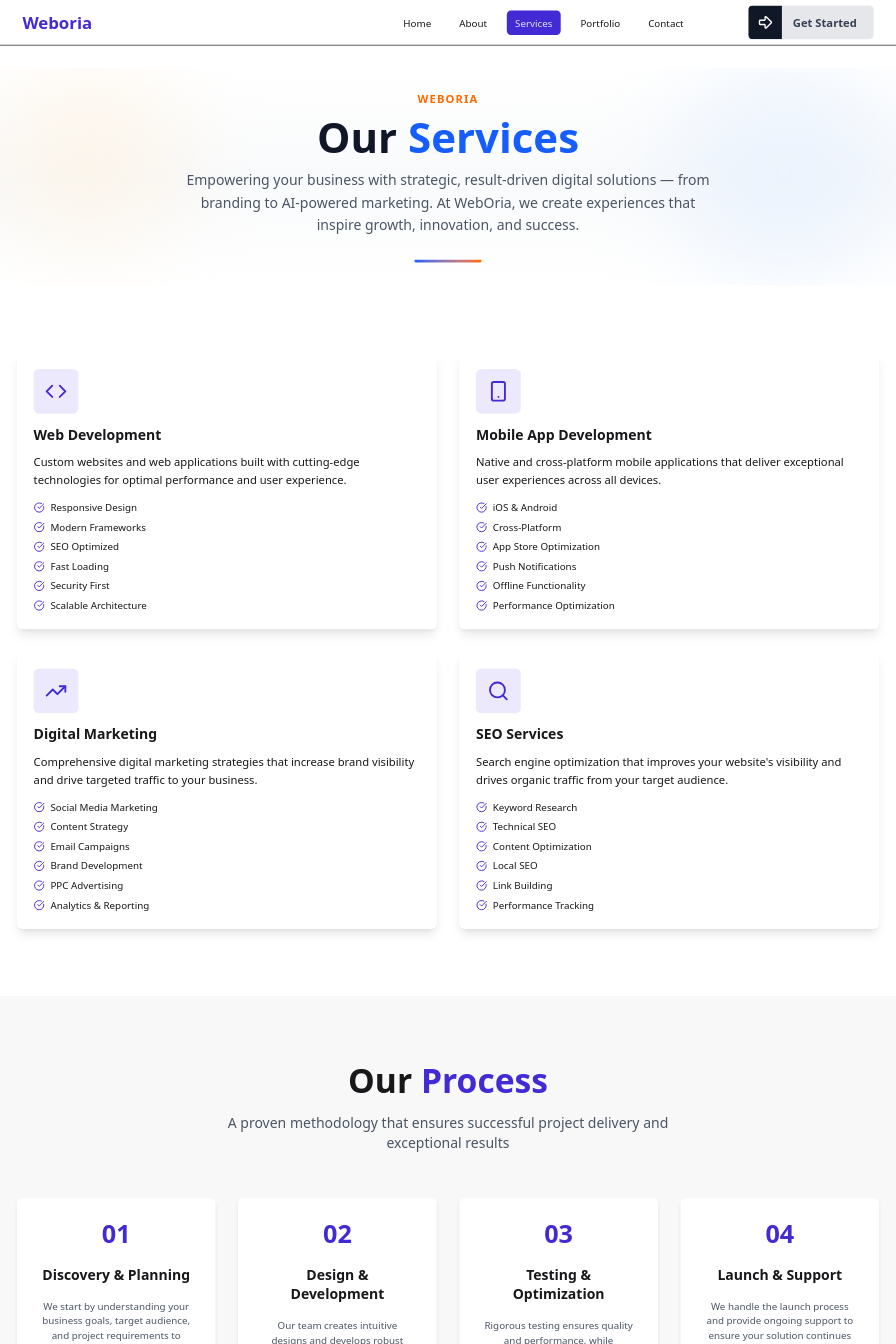
Repository: mdmuhibullahhabib/weboria
Page: /services
An editor plug-in stored every save of this project. The page is shown before and after the next save, followed by the edit.
The browser window is 1280 px wide. The pictures show the part of the page from y = 0 to 1920 px (the page is 3670 px tall), at 70% of full size.
The project was rebuilt for these pictures with package versions that can differ from the ones it lists, and the page was loaded fresh each time. The framework's server and built-in components were replaced by stand-ins that run in the browser. Also part of the build but not shown: next.config.mjs.

Above is the page before, as saved 2025-10-05 01:19:51.

After the next save:
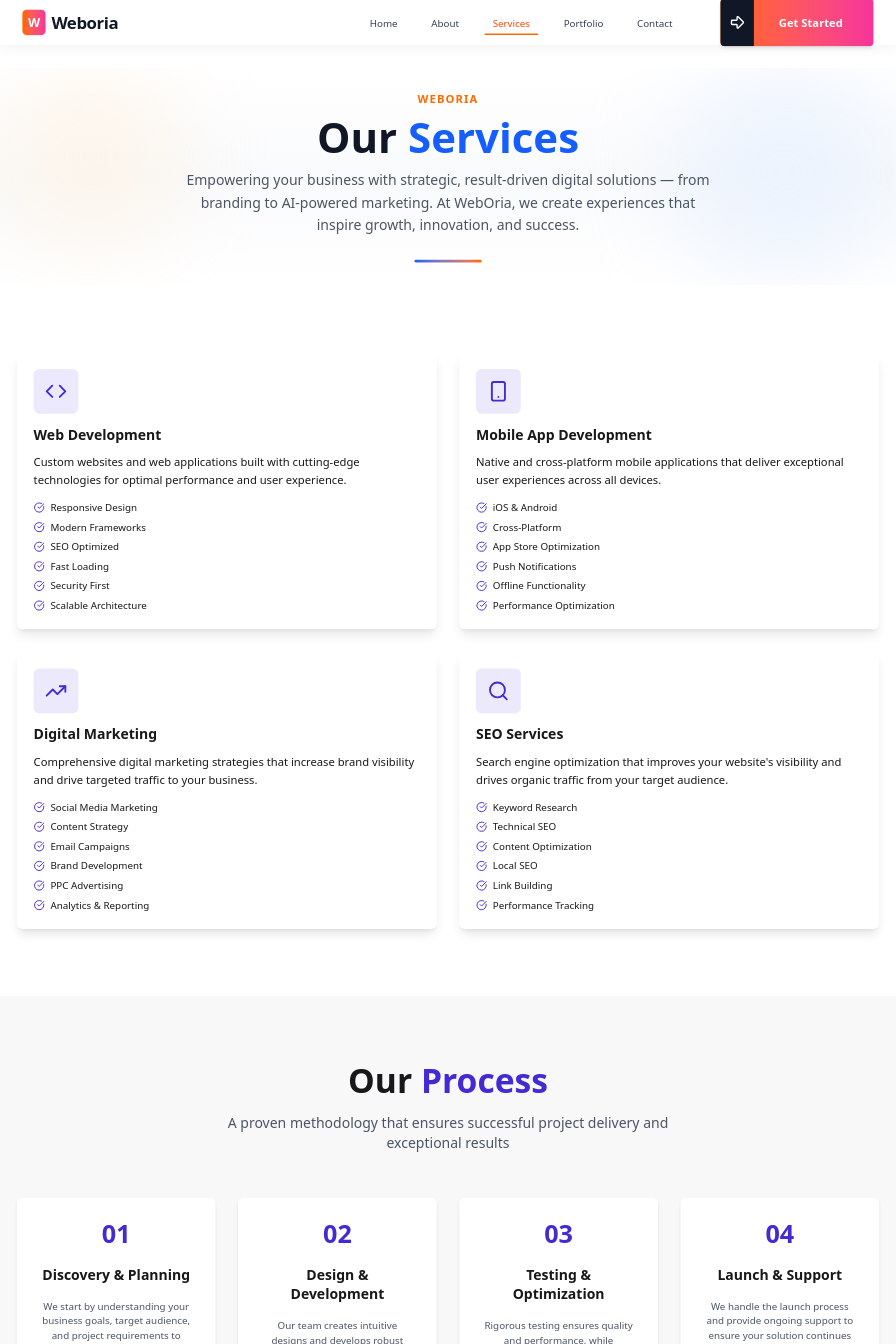
Saved 10 h 31 min later.
--- a/src/components/Navbar.jsx
+++ b/src/components/Navbar.jsx
@@ -9,6 +9,10 @@ export default function Navbar() {
   const [isOpen, setIsOpen] = useState(false);
   const pathname = usePathname();
 
+  // Brand color palette for Weboria
+  // Primary: #FF6B00 (vibrant orange)
+  // Secondary: #0B0F19 (dark blue-black)
+  // Accent: gradient orange-pink
   const navigation = [
     { name: "Home", href: "/" },
     { name: "About", href: "/about" },
@@ -24,23 +28,35 @@ export default function Navbar() {
   };
 
   return (
-    <nav className="sticky top-0 z-50 bg-base-100/95 backdrop-blur-md border-b shadow-sm">
+    <nav className="sticky top-0 z-50 bg-white/80 backdrop-blur-xl border-b border-gray-100 shadow-[0_4px_20px_rgba(0,0,0,0.05)] transition-all duration-300">
       <div className="max-w-7xl mx-auto px-4 sm:px-6 lg:px-8">
         <div className="flex justify-between items-center h-16">
           {/* Logo */}
           <Link href="/" data-testid="link-home">
-            <h1 className="text-2xl font-bold text-primary">Weboria</h1>
+            <div className="flex items-center space-x-2">
+              <div className="bg-gradient-to-r from-orange-500 to-pink-500 text-white font-bold text-lg px-2 py-1 rounded-md shadow-sm">
+                W
+              </div>
+              <h1 className="text-2xl font-extrabold text-gray-900 tracking-tight hover:text-orange-500 transition-colors">
+                Weboria
+              </h1>
+            </div>
           </Link>
 
           {/* Desktop Navigation */}
-          <div className="hidden md:flex space-x-4 items-center">
+          <div className="hidden md:flex space-x-6 items-center">
             {navigation.map((item) => (
-              <Link key={item.name} href={item.href} data-testid={`link-${item.name.toLowerCase()}`}>
+              <Link
+                key={item.name}
+                href={item.href}
+                data-testid={`link-${item.name.toLowerCase()}`}
+              >
                 <span
-                  className={`px-3 py-2 rounded-md text-sm font-medium transition-colors ${isActive(item.href)
-                      ? "bg-primary text-primary-content"
-                      : "text-base-content hover:text-primary"
-                    }`}
+                  className={`relative px-3 py-2 rounded-md text-sm font-medium transition-all duration-300 ${
+                    isActive(item.href)
+                      ? "text-orange-600 after:absolute after:left-0 after:bottom-0 after:h-[2px] after:w-full after:bg-orange-500 after:rounded-full"
+                      : "text-gray-700 hover:text-orange-600 hover:after:absolute hover:after:left-0 hover:after:bottom-0 hover:after:h-[2px] hover:after:w-full hover:after:bg-orange-500 hover:after:rounded-full"
+                  }`}
                 >
                   {item.name}
                 </span>
@@ -49,7 +65,7 @@ export default function Navbar() {
 
             {/* CTA Button */}
             <Button
-            className="ml-16 "
+              className="ml-8 bg-gradient-to-r from-orange-500 to-pink-500 text-white px-5 py-2.5 rounded-md shadow-md hover:shadow-lg hover:scale-105 transition-transform duration-200"
               text={"Get Started"}
               href="/contact"
             />
@@ -58,26 +74,35 @@ export default function Navbar() {
           {/* Mobile menu button */}
           <div className="md:hidden">
             <button
-              className="btn btn-ghost btn-square"
+              className="p-2 rounded-md text-gray-800 hover:bg-gray-100 transition"
               onClick={() => setIsOpen(!isOpen)}
               data-testid="button-mobile-menu"
             >
-              {isOpen ? <X className="w-6 h-6" /> : <Menu className="w-6 h-6" />}
+              {isOpen ? (
+                <X className="w-6 h-6 text-orange-600" />
+              ) : (
+                <Menu className="w-6 h-6 text-gray-800" />
+              )}
             </button>
           </div>
         </div>
 
         {/* Mobile Navigation */}
         {isOpen && (
-          <div className="md:hidden mt-2 border-t">
-            <div className="flex flex-col space-y-1 px-2 py-3">
+          <div className="md:hidden mt-2 border-t border-gray-100 bg-white/90 rounded-lg shadow-lg backdrop-blur-md transition-all">
+            <div className="flex flex-col space-y-1 px-4 py-4">
               {navigation.map((item) => (
-                <Link key={item.name} href={item.href} data-testid={`link-mobile-${item.name.toLowerCase()}`}>
+                <Link
+                  key={item.name}
+                  href={item.href}
+                  data-testid={`link-mobile-${item.name.toLowerCase()}`}
+                >
                   <span
-                    className={`block px-3 py-2 rounded-md text-base font-medium transition-colors ${isActive(item.href)
-                        ? "bg-primary text-primary-content"
-                        : "text-base-content hover:text-primary"
-                      }`}
+                    className={`block px-3 py-2 rounded-md text-base font-medium transition-colors ${
+                      isActive(item.href)
+                        ? "bg-gradient-to-r from-orange-500 to-pink-500 text-white"
+                        : "text-gray-800 hover:bg-orange-50 hover:text-orange-600"
+                    }`}
                     onClick={() => setIsOpen(false)}
                   >
                     {item.name}
@@ -89,6 +114,7 @@ export default function Navbar() {
               <Button
                 text={"Get Started"}
                 href="/contact"
+                className="mt-3 bg-gradient-to-r from-orange-500 to-pink-500 text-white w-full rounded-md py-2 font-semibold shadow-md hover:shadow-lg transition-all"
               />
             </div>
           </div>
